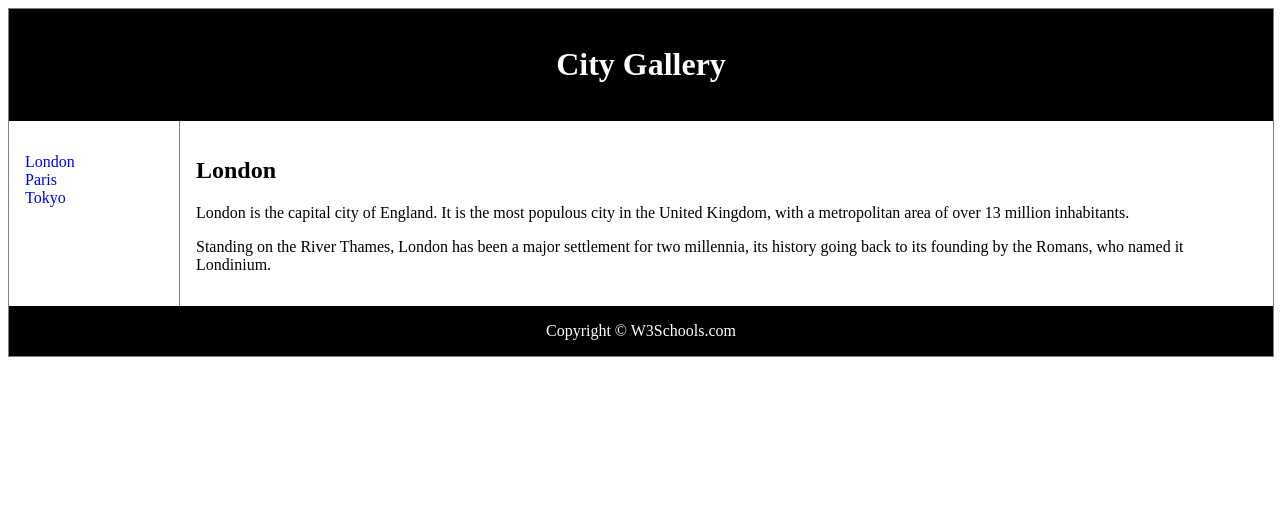
Repository: nimal96/Online-Gaming-Site---2nd-year-1st-semester-project
Page: http://localhost/project/article.jsp
The author's editor kept a copy of each file at every save. The page is drawn from the files as they stood at one save, then again after the next save.
The browser window is 1280 px wide. The pictures show the whole page.
The page is served by Tomcat 9.

Above is the page before, as saved 2018-05-17 09:25:05.

After the next save:
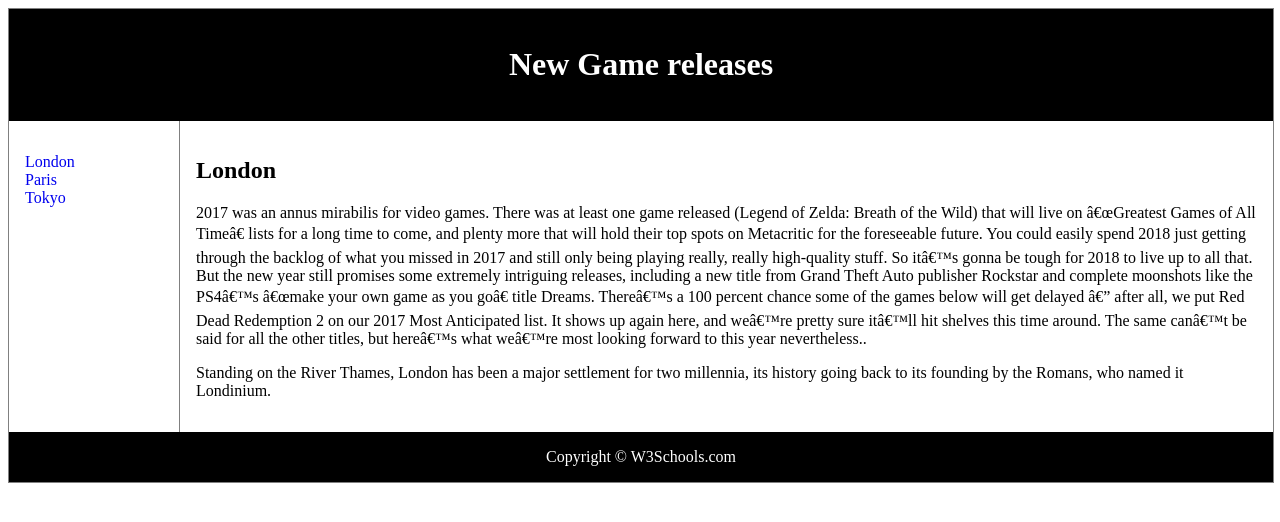
Saved 6 min 47 s later.
--- a/project/WebContent/article.jsp
+++ b/project/WebContent/article.jsp
@@ -1,6 +1,6 @@
-<%@ page language="java" contentType="text/html; charset=ISO-8859-1"
-    pageEncoding="ISO-8859-1"%>
+<%@ page language="java" contentType="text/html; charset=ISO-8859-1" pageEncoding="ISO-8859-1"%>
 <!DOCTYPE html PUBLIC "-//W3C//DTD HTML 4.01 Transitional//EN" "http://www.w3.org/TR/html4/loose.dtd">
+<html>
 <head>
 <style>
 div.container {
@@ -45,7 +45,7 @@
 <div class="container">
 
 <header>
-   <h1>City Gallery</h1>
+   <h1>New Game releases</h1>
 </header>
 
 <nav>
@@ -58,7 +58,14 @@
 
 <article>
   <h1>London</h1>
-  <p>London is the capital city of England. It is the most populous city in the  United Kingdom, with a metropolitan area of over 13 million inhabitants.</p>
+  <p>2017 was an annus mirabilis for video games. There was at least one game released (Legend of Zelda: Breath of the Wild) that will live on “Greatest Games of All Time” lists for a long time to come, and plenty more that will hold their top spots on Metacritic for the foreseeable future. You could easily spend 2018 just getting through the backlog of what you missed in 2017 and still only being playing really, really high-quality stuff. So it’s gonna be tough for 2018 to live up to all that.
+
+But the new year still promises some extremely intriguing releases, including a new title from Grand Theft Auto
+publisher Rockstar and complete moonshots like the PS4’s “make your own game as you go” title Dreams. There’s a 100 percent
+chance some of the games below will get delayed — after all, we put Red Dead Redemption 2 on our 2017 Most Anticipated list.
+ It shows up again here, and we’re pretty sure it’ll hit shelves this time around. The same can’t be said for all the
+ other titles, but here’s what we’re most
+looking forward to this year nevertheless..</p>
   <p>Standing on the River Thames, London has been a major settlement for two millennia, its history going back to its founding by the Romans, who named it Londinium.</p>
 </article>
 
